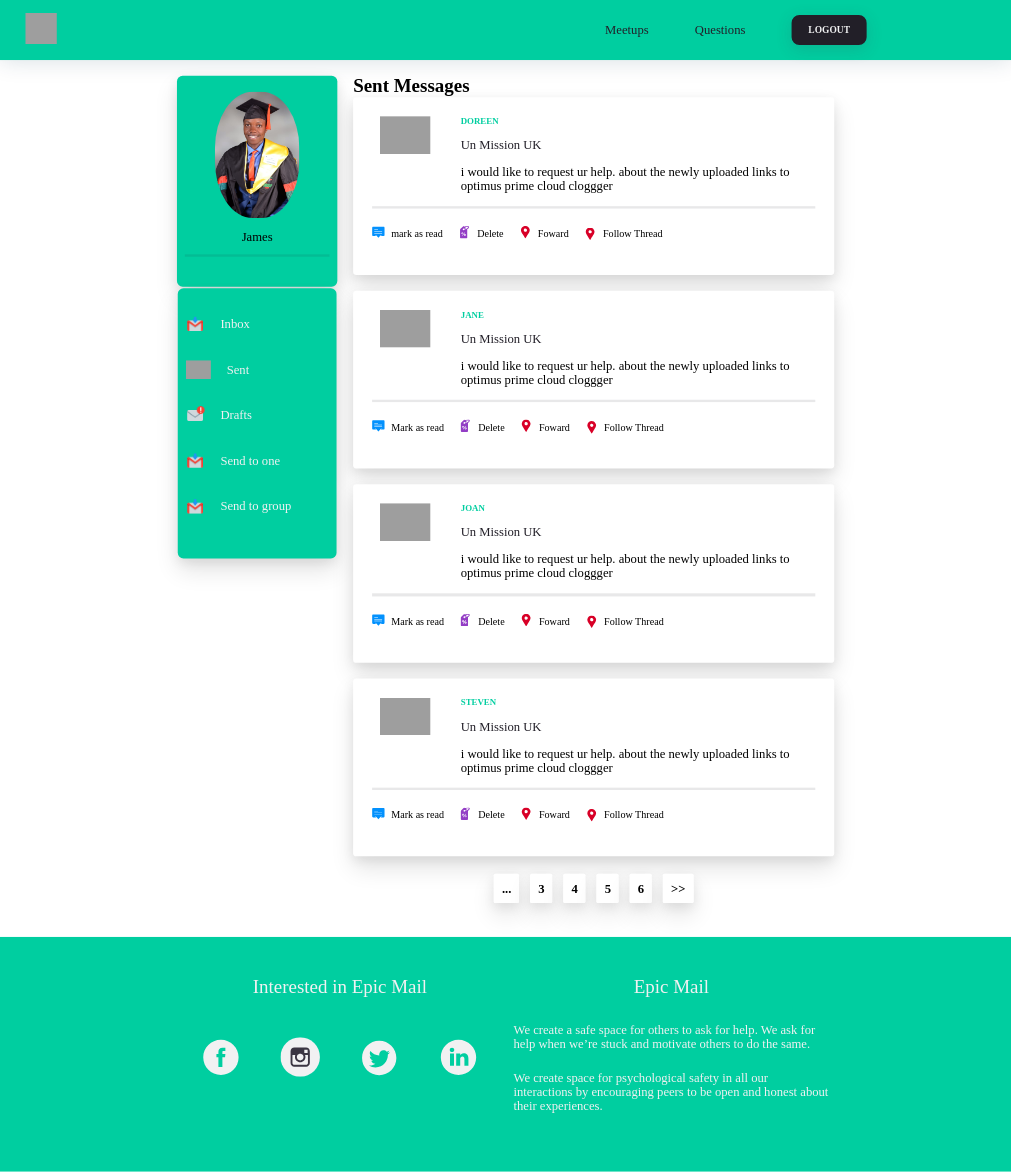
Repository: Gfreedoms/Epic-Mail
Page: pages/sent.html
An editor plug-in stored every save of this project. The page is shown before and after the next save, followed by the edit.
The browser window is 1280 px wide. The pictures show the whole page, at 79% of full size.
Pictures or frames that could not be fetched are drawn as grey boxes. Some web fonts or font styles are not loaded; a fallback is used.

Above is the page before, as saved 2019-02-27 06:55:27.

After the next save:
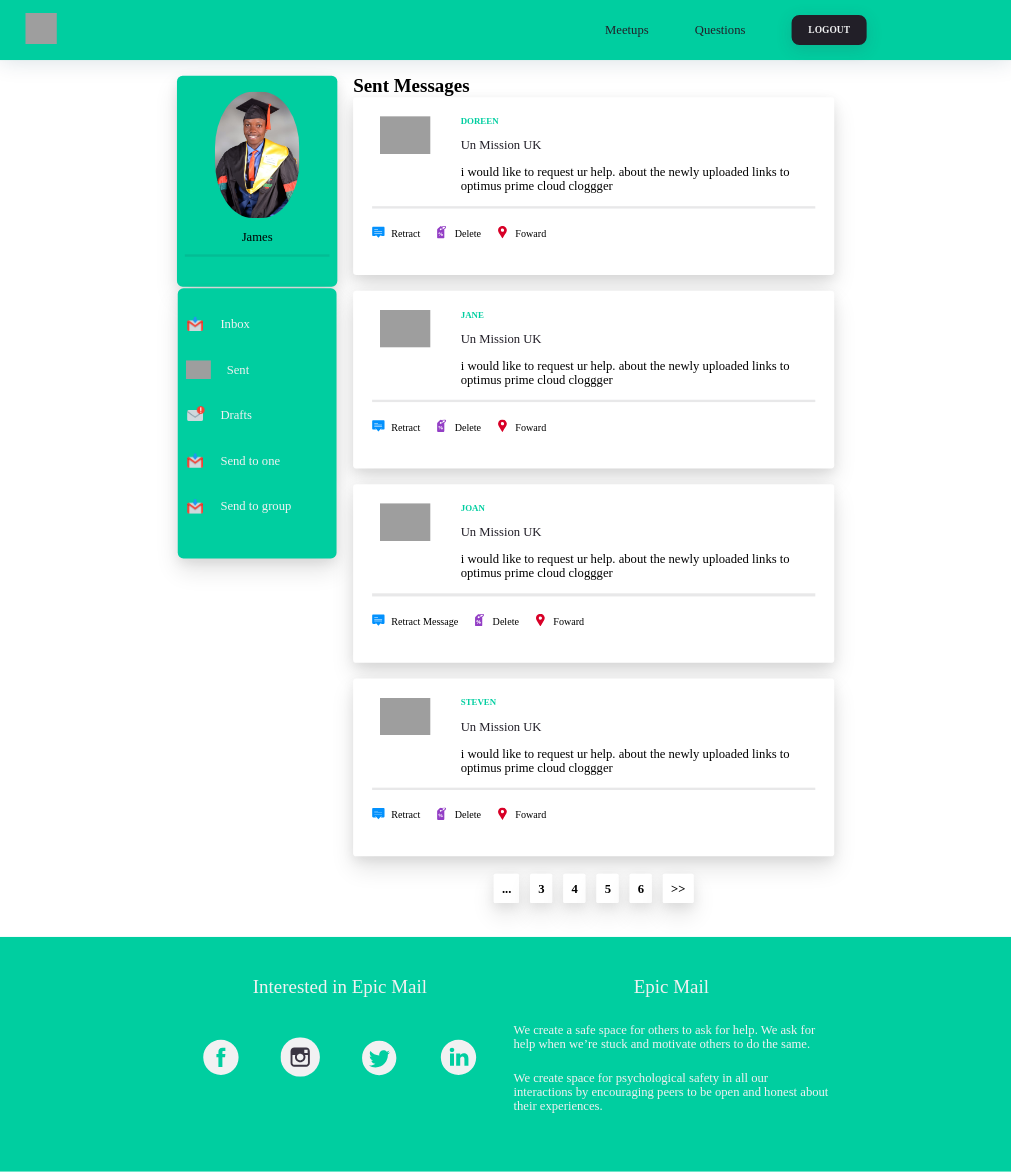
Saved 3 min 54 s later.
--- a/pages/sent.html
+++ b/pages/sent.html
@@ -139,7 +139,7 @@
 						<div class="q-actions">
 							<span>
 								<a href="#!"><img src="../assets/imgs/icons/comment.svg" alt=""></a>
-								mark as read
+								Retract
 							</span>
 							<span>
 								<a href="#!"><img src="../assets/imgs/icons/tag.svg" alt=""></a>
@@ -150,10 +150,6 @@
 								Foward
 							</span>
 
-							<span>
-									<a href="#!"><img src="../assets/imgs/icons/pointer.svg" alt=""></a>
-									Follow Thread
-							</span>
 						</div>
 					</div>
 				</div>
@@ -177,7 +173,7 @@
 						<div class="q-actions">
 							<span>
 								<a href="#!"><img src="../assets/imgs/icons/comment.svg" alt=""></a>
-							Mark as read
+							Retract
 							</span>
 							<span>
 								<a href="#!"><img src="../assets/imgs/icons/tag.svg" alt=""></a>
@@ -188,10 +184,7 @@
 								Foward
 							</span>
 
-							<span>
-									<a href="#!"><img src="../assets/imgs/icons/pointer.svg" alt=""></a>
-									Follow Thread
-							</span>
+
 						</div>
 					</div>
 				</div>
@@ -216,7 +209,7 @@
 						<div class="q-actions">
 							<span>
 								<a href="#!"><img src="../assets/imgs/icons/comment.svg" alt=""></a>
-								Mark as read
+								Retract Message
 							</span>
 							<span>
 								<a href="#!"><img src="../assets/imgs/icons/tag.svg" alt=""></a>
@@ -227,10 +220,6 @@
 								Foward
 							</span>
 
-							<span>
-									<a href="#!"><img src="../assets/imgs/icons/pointer.svg" alt=""></a>
-									Follow Thread
-							</span>
 						</div>
 					</div>
 				</div>
@@ -254,7 +243,7 @@
 						<div class="q-actions">
 							<span>
 								<a href="#!"><img src="../assets/imgs/icons/comment.svg" alt=""></a>
-								Mark as read
+								Retract
 							</span>
 							<span>
 								<a href="#!"><img src="../assets/imgs/icons/tag.svg" alt=""></a>
@@ -264,10 +253,7 @@
 								<a href="#!"><img src="../assets/imgs/icons/pointer.svg" alt=""></a>
 							Foward
 							</span>
-							<span>
-									<a href="#!"><img src="../assets/imgs/icons/pointer.svg" alt=""></a>
-									Follow Thread
-							</span>
+
 						</div>
 					</div>
 				</div>
